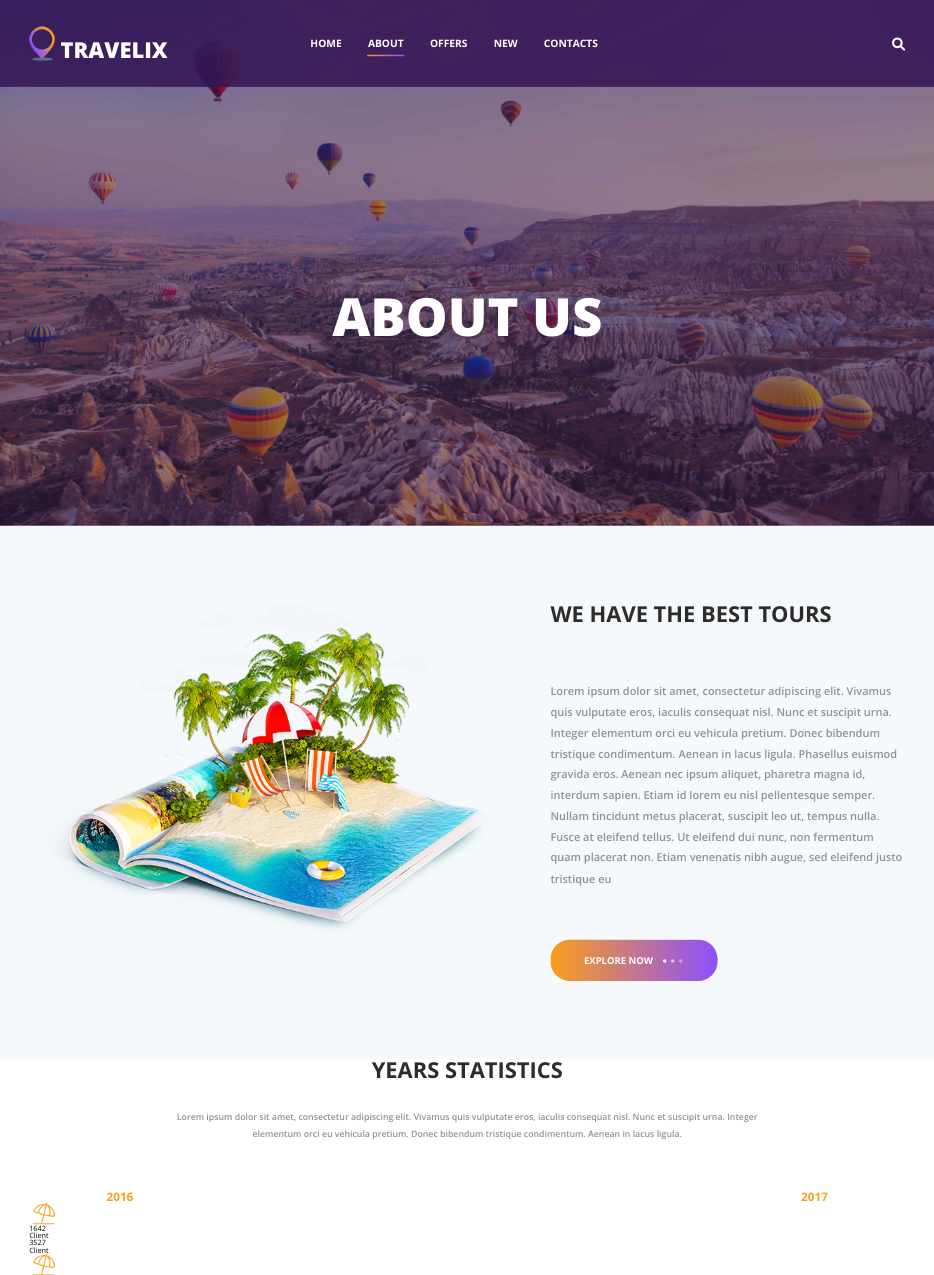
Repository: phamhuuloc/Travelix_Template
Page: about.html
An editor plug-in stored every save of this project. The page is shown before and after the next save, followed by the edit.
The browser window is 1280 px wide. The pictures show the whole page, at 73% of full size.
Backgrounds fixed to the window are drawn as part of the page. Some web fonts or font styles are not loaded; a fallback is used.

Above is the page before, as saved 2021-10-13 09:15:56.

After the next save:
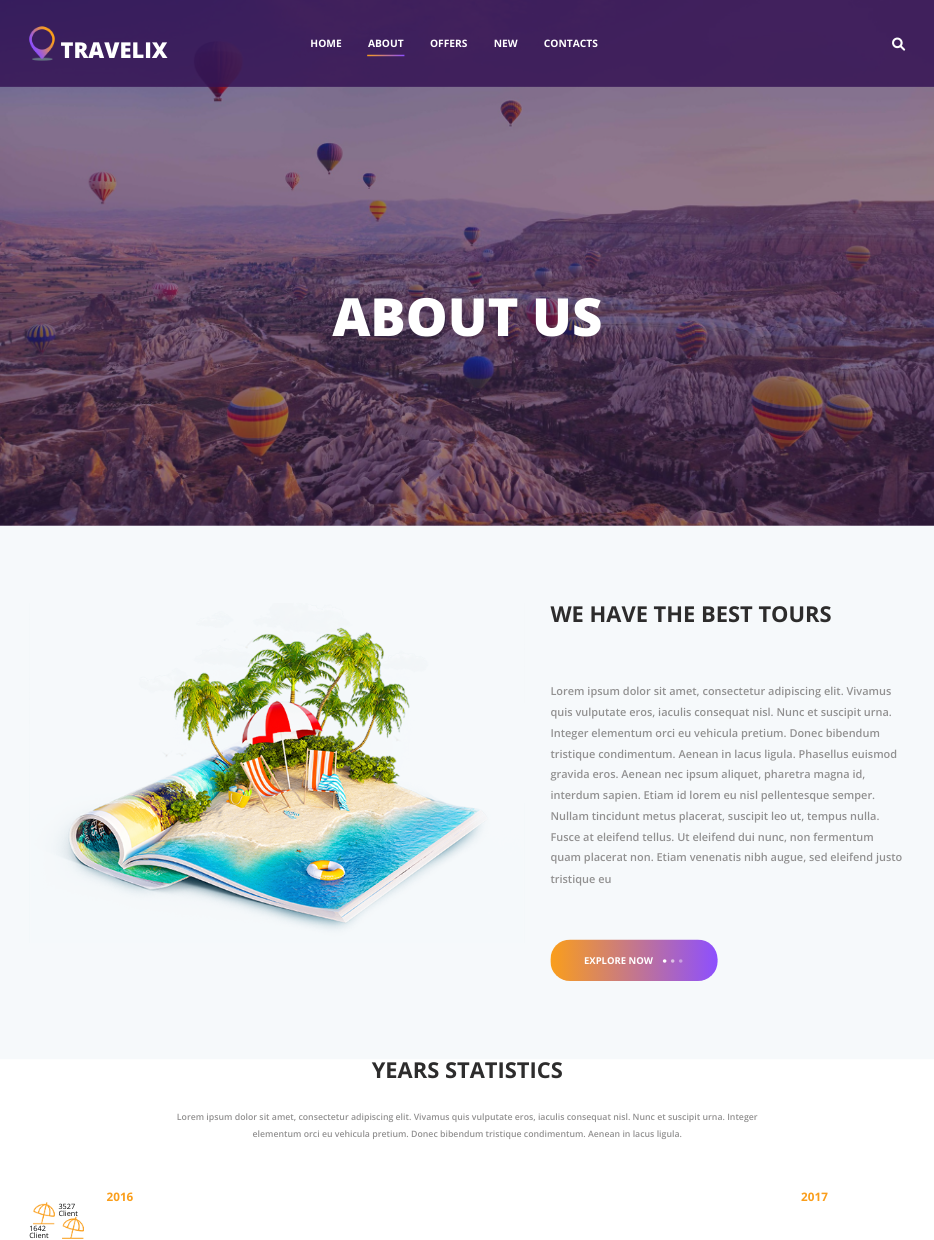
Saved 45 s later.
--- a/assets/css/about.css
+++ b/assets/css/about.css
@@ -70,3 +70,7 @@
   font-weight: 700;
   color: var(--primary-color);
 }
+.stats__item {
+  display: flex;
+  align-items: center;
+}
